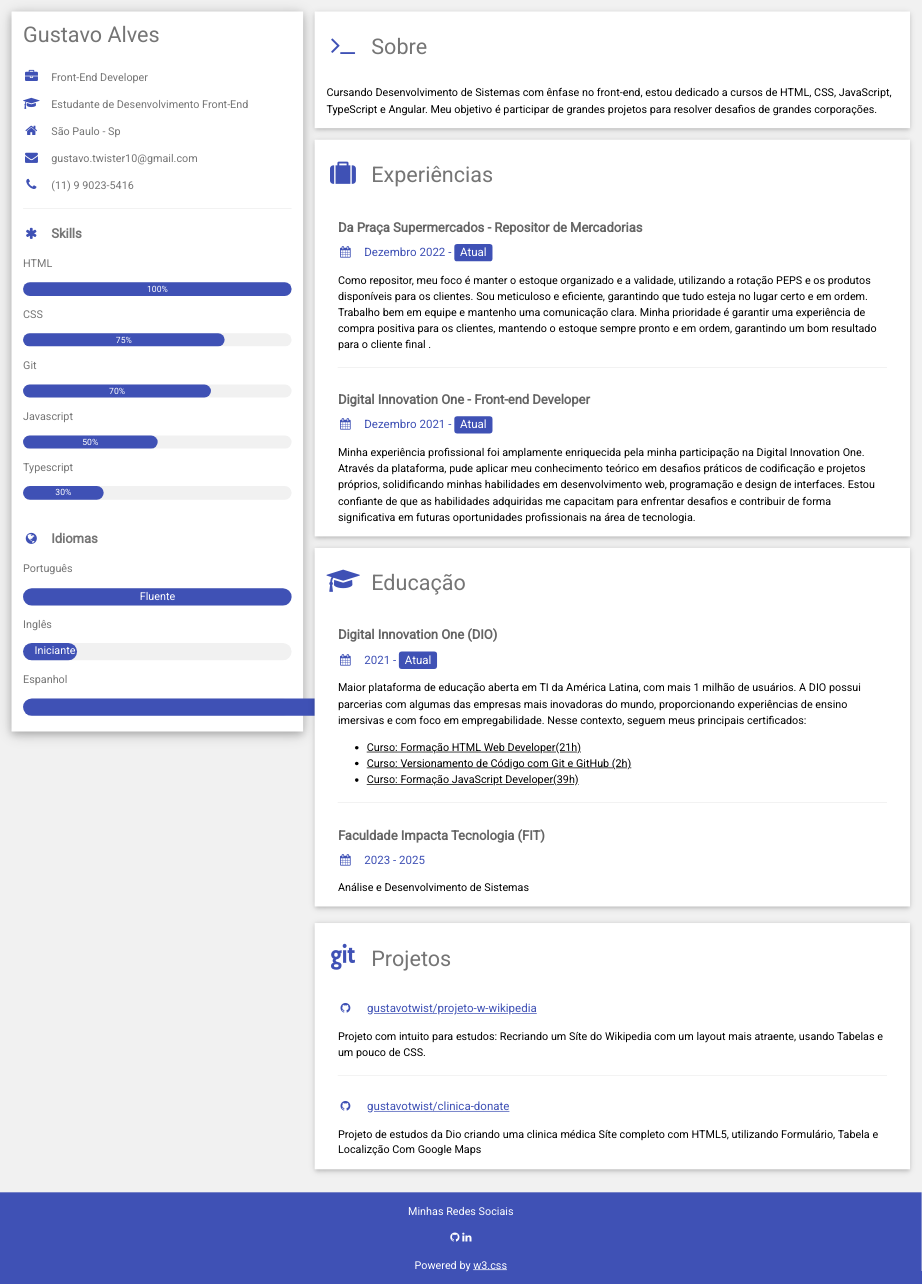
Repository: gustavotwist/cv
Page: index.html
The author's editor kept a copy of each file at every save. The page is drawn from the files as they stood at one save, then again after the next save.
The browser window is 1280 px wide. The pictures show the whole page, at 72% of full size.

Above is the page before, as saved 2024-06-23 20:51:14.

After the next save:
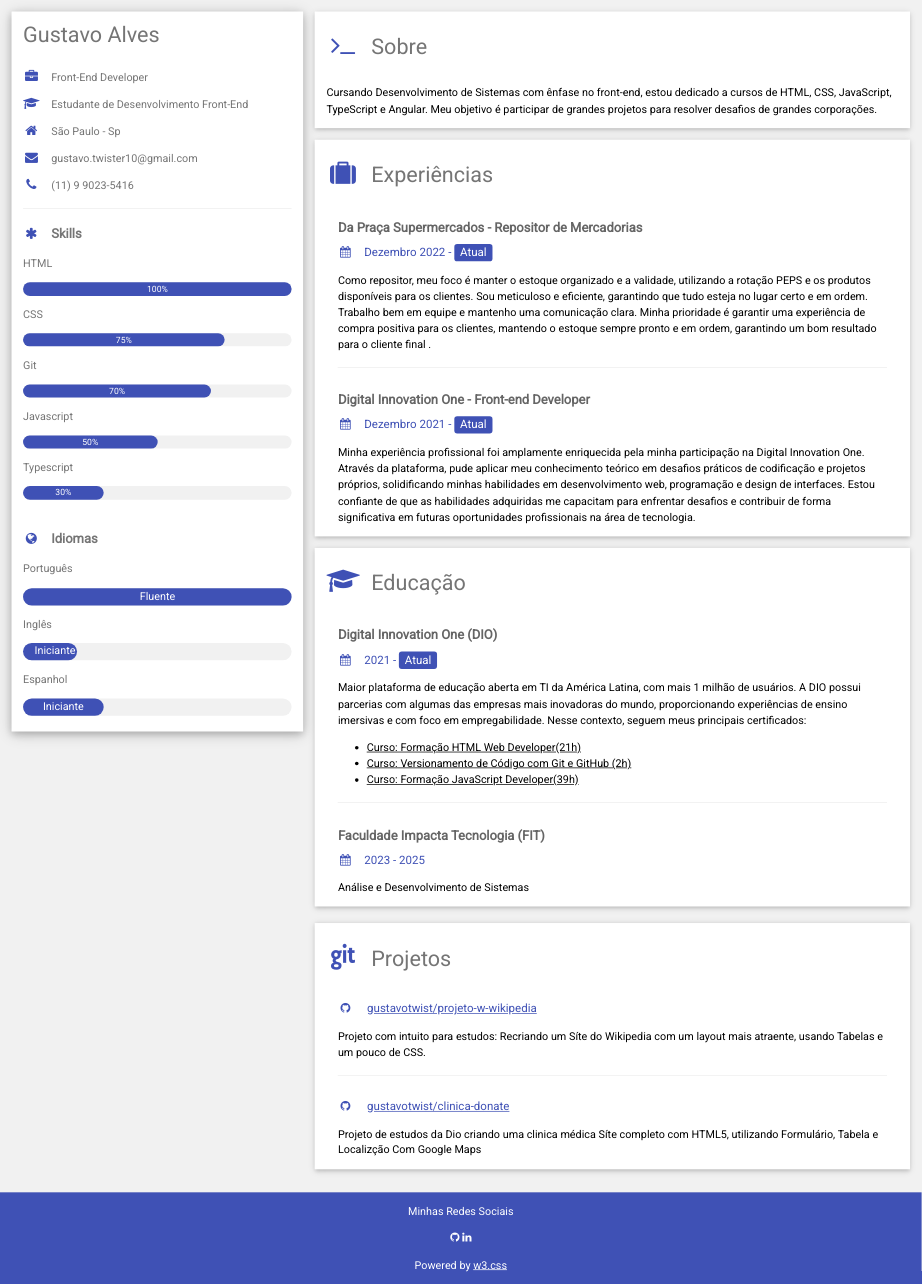
Saved 4 s later.
--- a/index.html
+++ b/index.html
@@ -80,7 +80,7 @@
               </div>
               <p>Espanhol</p>
               <div class="w3-light-grey w3-round-xlarge">
-                <div class=" w3-container w3-center w3-round-xlarge w3-indigo" style="height:24px;width:300%">Iniciante</div>
+                <div class=" w3-container w3-center w3-round-xlarge w3-indigo" style="height:24px;width:30%">Iniciante</div>
               </div>
               <br>
             </div>
